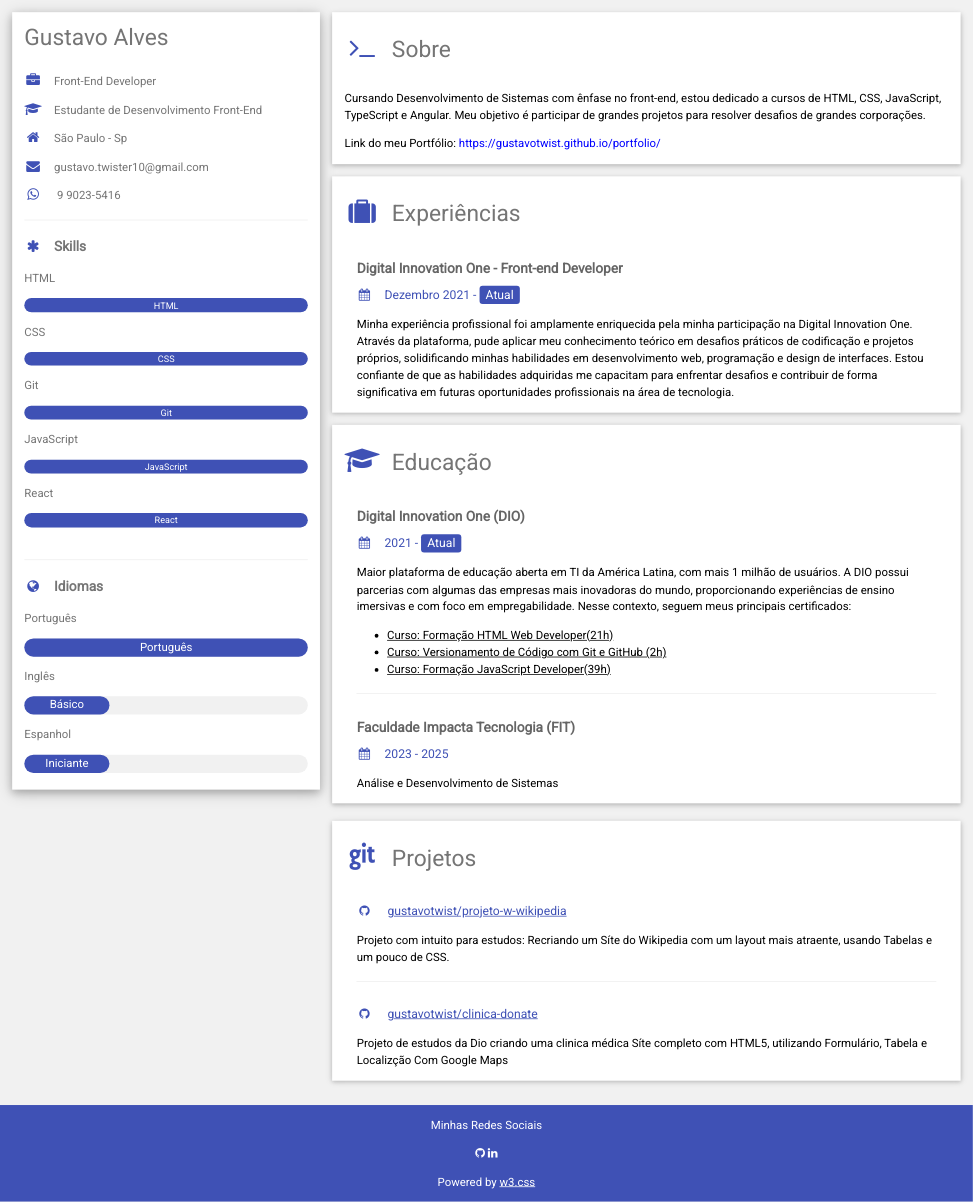
Repository: gustavotwist/cv
Page: index.html
These files come from the project's save history. The page is drawn as it stood at one moment and after a run of saves; the edit follows.
The browser window is 1280 px wide. The pictures show the whole page, at 76% of full size.

Above is the page before, as saved 2025-03-09 11:12:24.

### index.html
<!DOCTYPE html>
<!-- @falvojr: Reference article https://www.w3schools.com/howto/howto_website_create_resume.asp -->
<!-- @falvojr: Useful link to use fontawesome (fa) icons: https://fontawesome.com/v4/icons/ -->
<html lang="pt-BR">

  <head>
    <title>Gustavo Alves</title>

    <meta http-equiv="Content-Type" content="text/html; charset=UTF-8">
    <meta name="viewport" content="width=device-width, initial-scale=1">

    <link rel="stylesheet" href="https://www.w3schools.com/w3css/4/w3.css">
    <link rel='stylesheet' href='https://fonts.googleapis.com/css?family=Roboto'>
    <link rel="stylesheet" href="https://cdnjs.cloudflare.com/ajax/libs/font-awesome/4.7.0/css/font-awesome.min.css">

    <style>
      html,body,h1,h2,h3,h4,h5,h6 {font-family: "Roboto", sans-serif}
    </style>

  </head>

  <body class="w3-light-grey" cz-shortcut-listen="true">

    <!-- Page Container -->
    <div class="w3-content w3-margin-top" style="max-width:1400px;">

      <!-- The Grid -->
      <div class="w3-row-padding">

        <!-- Left Column -->
        <div class="w3-third">

          <div class="w3-white w3-text-grey w3-card-4">
            <!-- @falvojr: This container has been modified to not use a profile picture. -->
            <div class="w3-container">
              <h2>Gustavo Alves</h2>
            </div>
            <div class="w3-container">
              <p><i class="fa fa-briefcase fa-fw w3-margin-right w3-large w3-text-indigo"></i>Front-End Developer</p>
              <p><i class="fa fa-graduation-cap fa-fw w3-margin-right w3-large w3-text-indigo"></i>Estudante de Desenvolvimento Front-End</p>
              <p><i class="fa fa-home fa-fw w3-margin-right w3-large w3-text-indigo"></i>São Paulo - Sp</p>
              <p><i class="fa fa-envelope fa-fw w3-margin-right w3-large w3-text-indigo"></i><a href="mailto:gustavo.twister10@gmail.com" style="text-decoration: none;">gustavo.twister10@gmail.com</a></p>
              <p ><i class="fa fa-whatsapp fa-fw w3-margin-right w3-large w3-text-indigo"></i> <a href="tel:(11) 9 9023-5416" style="text-decoration: none;"> 9 9023-5416</a> </p>
              <hr>

              <p class="w3-large">
                <b><i class="fa fa-asterisk fa-fw w3-margin-right w3-text-indigo"></i>Skills</b>
              </p>
              <p>HTML</p>
              <div class="w3-light-grey w3-round-xlarge w3-small">
                <div class="w3-container w3-center w3-round-xlarge w3-indigo" style="width:100%">HTML</div>
              </div>
              <p>CSS</p>
              <div class="w3-light-grey w3-round-xlarge w3-small">
                <div class="w3-container w3-center w3-round-xlarge w3-indigo" style="width:100%">CSS</div>
              </div>
              <p>Git</p>
              <div class="w3-light-grey w3-round-xlarge w3-small">
                <div class="w3-container w3-center w3-round-xlarge w3-indigo" style="width:100%">Git</div>
              </div>
              <p>JavaScript</p>
              <div class="w3-light-grey w3-round-xlarge w3-small">
                <div class="w3-container w3-center w3-round-xlarge w3-indigo" style="width:100%">JavaScript</div>
              </div>
              <p>React</p>
              <div class="w3-light-grey w3-round-xlarge w3-small">
                <div class="w3-container w3-center w3-round-xlarge w3-indigo" style="width:100%">React</div>
              </div>
              <br>
              <hr>
              <p class="w3-large w3-text-theme">
                <b><i class="fa fa-globe fa-fw w3-margin-right w3-text-indigo"></i>Idiomas</b>
              </p>
              <p>Português</p>
              <div class="w3-light-grey w3-round-xlarge">
                <div class="w3-container w3-center w3-round-xlarge w3-indigo" style="height:24px;width:100%">Português</div>
              </div>
              <p>Inglês</p>
              <div class="w3-light-grey w3-round-xlarge">
                <div class="w3-container w3-center w3-round-xlarge w3-indigo" style="height:24px;width:30%">Básico</div>
              </div>
              <p>Espanhol</p>
              <div class="w3-light-grey w3-round-xlarge">
                <div class=" w3-container w3-center w3-round-xlarge w3-indigo" style="height:24px;width:30%">Iniciante</div>
              </div>
              <br>
            </div>
          </div><br>

          <!-- End Left Column -->
        </div>

        <!-- Right Column -->
        <div class="w3-twothird">

          <div class="w3-container w3-card w3-white w3-margin-bottom">
            <h2 class="w3-text-grey w3-padding-16"><i class="fa fa-terminal fa-fw w3-margin-right w3-xxlarge w3-text-indigo"></i>Sobre</h2>
            <p>Cursando Desenvolvimento de Sistemas com ênfase no front-end, estou dedicado a cursos de HTML, CSS, JavaScript, TypeScript e Angular. Meu objetivo é participar de grandes projetos para resolver desafios de grandes corporações.</p>
            <p>Link do meu Portfólio: <a href="https://gustavotwist.github.io/portfolio/" target="_blank" style="color: blue; text-decoration: none;">https://gustavotwist.github.io/portfolio/</a></p>
          </div>

          <div class="w3-container w3-card w3-white w3-margin-bottom">
            <h2 class="w3-text-grey w3-padding-16">
              <i class="fa fa-suitcase fa-fw w3-margin-right w3-xxlarge w3-text-indigo"></i>Experiências
            </h2>
            <div class="w3-container">
              <h5 class="w3-opacity"><b>Digital Innovation One - Front-end Developer</b></h5>
                <h6 class="w3-text-indigo"><i class="fa fa-calendar fa-fw w3-margin-right"></i>Dezembro 2021 - <span class="w3-tag w3-indigo w3-round">Atual</span></h6>
                <p>
                    Minha experiência profissional foi amplamente enriquecida pela minha participação na Digital Innovation One. Através da plataforma, pude aplicar meu conhecimento teórico em desafios práticos de codificação e projetos próprios, solidificando minhas habilidades em desenvolvimento web, programação e design de interfaces. Estou confiante de que as habilidades adquiridas me capacitam para enfrentar desafios e contribuir de forma significativa em futuras oportunidades profissionais na área de tecnologia.
                </p>

            </div>
          </div>

          <div class="w3-container w3-card w3-white">
            <h2 class="w3-text-grey w3-padding-16">
              <i class="fa fa-graduation-cap fa-fw w3-margin-right w3-xxlarge w3-text-indigo"></i>Educação
            </h2>
            <div class="w3-container">
              <h5 class="w3-opacity"><b>Digital Innovation One (DIO)</b></h5>
              <h6 class="w3-text-indigo"><i class="fa fa-calendar fa-fw w3-margin-right"></i>2021 - <span class="w3-tag w3-indigo w3-round">Atual</span></h6>
              <p>
                Maior plataforma de educação aberta em TI da América Latina, com mais 1 milhão de usuários.
                A DIO possui parcerias com algumas das empresas mais inovadoras do mundo, proporcionando experiências
                de ensino imersivas e com foco em empregabilidade. Nesse contexto, seguem meus principais certificados:
              </p>
              <ul>
                <li><a href="https://www.dio.me/certificate/VDSNYTO5" target="_blank">Curso: Formação HTML Web Developer(21h)</a></li>
                <li><a href="https://www.dio.me/certificate/EA66CA6A" target="_blank">Curso: Versionamento de Código com Git e GitHub (2h)</a></li>
                <li><a href="https://www.dio.me/certificate/OST0WIWG" target="_blank">Curso: Formação JavaScript Developer(39h)</a></li>
              </ul>
              <hr>
            </div>
            <div class="w3-container">
              <h5 class="w3-opacity"><b>Faculdade Impacta Tecnologia (FIT)</b></h5>
              <h6 class="w3-text-indigo"><i class="fa fa-calendar fa-fw w3-margin-right"></i>2023 - 2025</h6>
              <p>Análise e Desenvolvimento de Sistemas</p>
            </div>
          </div><br>
          <div class="w3-container w3-card w3-white w3-margin-bottom">
            <h2 class="w3-text-grey w3-padding-16">
              <i class="fa fa-git fa-fw w3-margin-right w3-xxlarge w3-text-indigo"></i>Projetos
            </h2>
            <div class="w3-container">
              <h6 class="w3-text-indigo">
                <i class="fa fa-github fa-fw w3-margin-right"></i>
                <a href="https://github.com/gustavotwist/projeto-w-wikipedia" target="_blank">gustavotwist/projeto-w-wikipedia</a>
              </h6>
              <p>Projeto com intuito para estudos: Recriando um Síte do Wikipedia com um layout mais atraente, usando Tabelas e um pouco de CSS.</p>
              <hr>
            </div>
            <div class="w3-container">
              <h6 class="w3-text-indigo">
                <i class="fa fa-github fa-fw w3-margin-right"></i>
                <a href="https://github.com/gustavotwist/clinica-donate" target="_blank">gustavotwist/clinica-donate</a>
              </h6>
              <p>Projeto de estudos da Dio criando uma clinica médica Síte completo com HTML5, utilizando Formulário, Tabela e Localizção Com Google Maps</p>
            </div>
          </div>

          <!-- End Right Column -->
        </div>

        <!-- End Grid -->
      </div>

      <!-- End Page Container -->
    </div>

    <footer class="w3-container w3-indigo w3-center w3-margin-top">
      <p>Minhas Redes Sociais</p>
      <a href="https://github.com/gustavotwist" target="_blank"><i class="fa fa-github w3-hover-opacity"></i></a>
      <a href="https://www.linkedin.com/in/gustavoalves7/" target="_blank"><i class="fa fa-linkedin w3-hover-opacity"></i></a>
      <p>Powered by <a href="https://www.w3schools.com/w3css/default.asp" target="_blank">w3.css</a></p>
    </footer>

  </body>

</html>

After the next 2 saves:
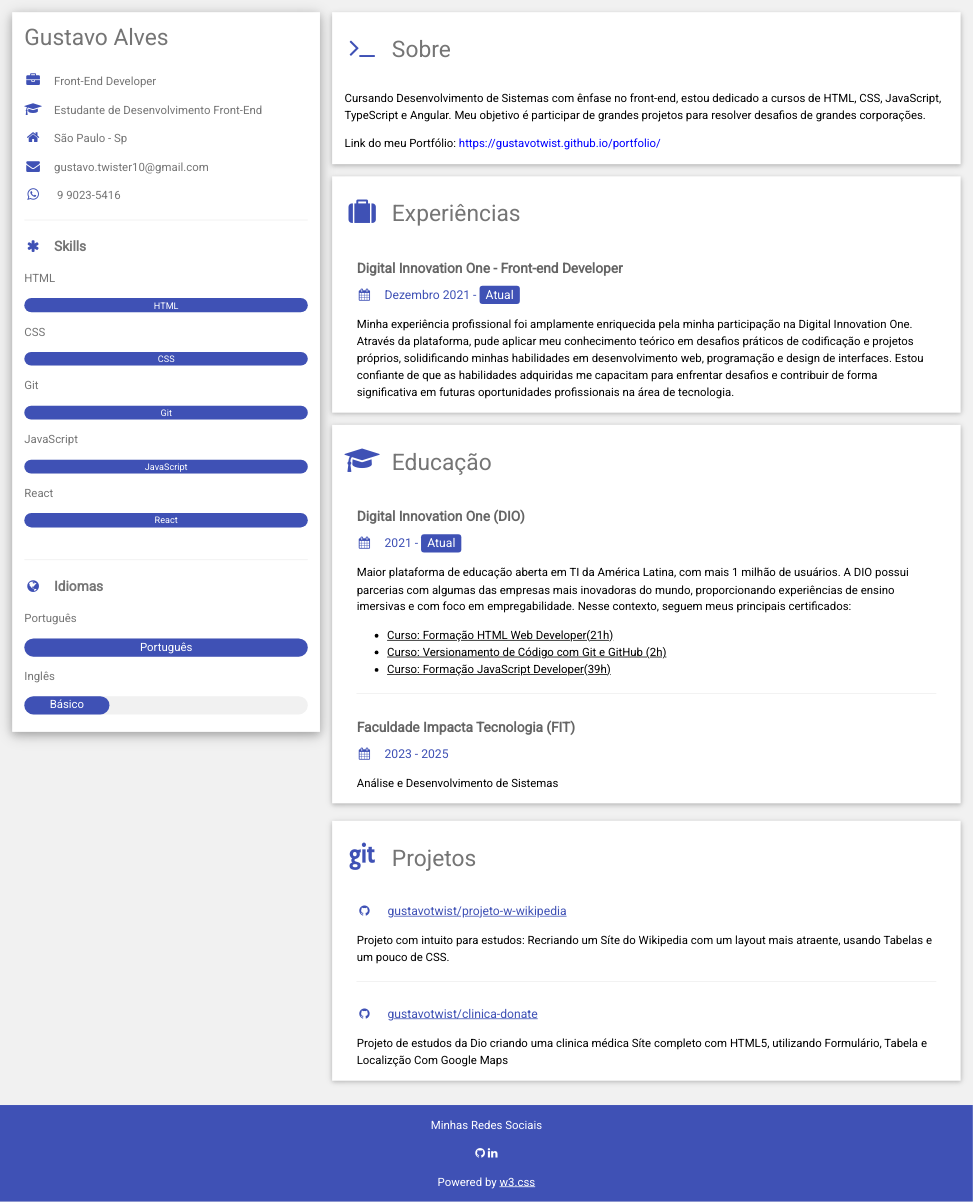
The 2 saves are shown as one change because they came seconds apart.
The last was saved 26 s later.
--- a/index.html
+++ b/index.html
@@ -78,10 +78,6 @@
               <p>Inglês</p>
               <div class="w3-light-grey w3-round-xlarge">
                 <div class="w3-container w3-center w3-round-xlarge w3-indigo" style="height:24px;width:30%">Básico</div>
-              </div>
-              <p>Espanhol</p>
-              <div class="w3-light-grey w3-round-xlarge">
-                <div class=" w3-container w3-center w3-round-xlarge w3-indigo" style="height:24px;width:30%">Iniciante</div>
               </div>
               <br>
             </div>
